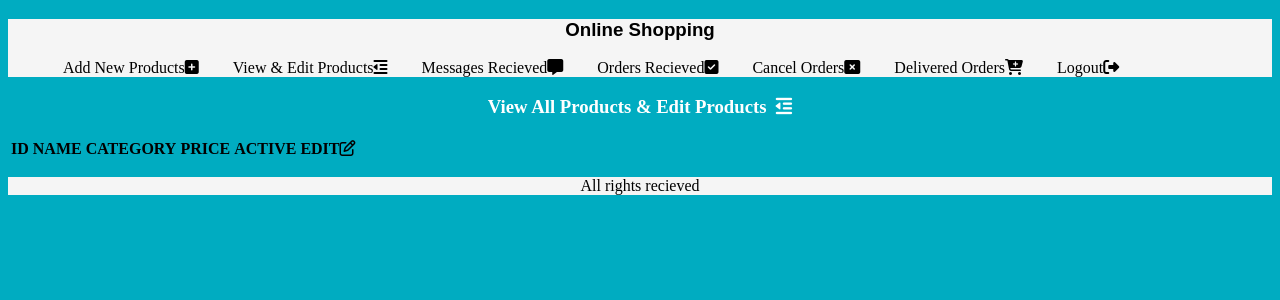
Repository: NidhiDaniel/E-Cart
Page: http://localhost/Online-Shopping-Cart/admin/product-view.jsp
The author's editor kept a copy of each file at every save. The page is drawn from the files as they stood at one save, then again after the next save.
The browser window is 1280 px wide. The pictures show the whole page.
Some web libraries are served in a nearby version. The page is served by Tomcat 9. Queries for data that is not in the repository find no rows.

Above is the page before, as saved 2024-01-06 05:20:05.

### Online-Shopping-Cart/src/main/webapp/admin/product-view.jsp
<%@page import="com.db.connection.DAOConnection"%>
<%@page import="java.sql.*"%>
<%@ page language="java" contentType="text/html; charset=ISO-8859-1"
	pageEncoding="ISO-8859-1"%>
<%@include file="adminheader.jsp"%>
<!DOCTYPE html>
<html>
<head>
<meta charset="ISO-8859-1">
<title>Insert title here</title>
<link rel="stylesheet" type="text/css" href="../css/admin-product.css">
</head>
<body>
	<div class="product-container">
	<h3 style="color: white; text-align: center;">View All Products & Edit
		Products &nbsp;<i class="fa fa-outdent"></i></h3>
	<table>
		<tr>
			<th>ID</th>
			<th>NAME</th>
			<th>CATEGORY</th>
			<th>PRICE</th>
			<th>ACTIVE</th>
			<th>EDIT<i class="fa fa-edit"></i></th>
		</tr>
		<%
	try {
		Connection con = DAOConnection.getConnection();
		Statement stmt = con.createStatement();
		ResultSet rs = stmt.executeQuery("select * from product");
		while(rs.next())
		{%>
		<tr>
			<td><% rs.getInt(1);%></td>
			<td><% rs.getString(2);%></td>
			<td><% rs.getString(3);%></td>
			<td><% rs.getDouble(4);%></td>
			<td><% rs.getString(5);%></td>
		</tr>
		<%}
	} catch (Exception e) {

	}
	%>
	</table>
</div>
</body>
<%@include file="../footer.jsp"%>
</html>

### Online-Shopping-Cart/src/main/webapp/admin/adminheader.jsp
<%@ page language="java" contentType="text/html; charset=ISO-8859-1"
	pageEncoding="ISO-8859-1"%>
<!DOCTYPE html>
<html>
<head>
<meta charset="ISO-8859-1">
<title>Insert title here</title>
<link rel="stylesheet" type="text/css" href="../css/header.css">
<link rel="stylesheet" href="https://cdnjs.cloudflare.com/ajax/libs/font-awesome/4.7.0/css/font-awesome.min.css">
<script src='https://kit.fontawesome.com/a076d05399.js' crossorigin='anonymous'></script>
</head>
<body>
	<div class="header sticky">
	   <h3>Online Shopping</h3>
		<ul>
			<li><a href="addproduct.jsp"> Add New Products<i class="fa fa-plus-square"></i></a></li>
			<li><a href="product-view.jsp"> View & Edit Products<i class="fa fa-outdent"></i></a></li>
			<li><a href="#"> Messages Recieved<i class="fa fa-comment-alt"></i></a></li>
			<li><a href="#"> Orders Recieved<i class="fa fa-check-square"></i></a></li>
			<li><a href="#"> Cancel Orders<i class="fa fa-window-close"></i></a></li>
			<li><a href="#"> Delivered Orders<i class="fa fa-cart-plus"></i></a></li>
			<li><a href="#"> Logout<i class="fa fa-sign-out"></i></a></li>
		</ul>

	</div>
</body>
</html>

### Online-Shopping-Cart/src/main/webapp/footer.jsp
<%@ page language="java" contentType="text/html; charset=ISO-8859-1"
    pageEncoding="ISO-8859-1"%>
<!DOCTYPE html>
<html>
<head>
<meta charset="ISO-8859-1">
<title>Insert title here</title>
<link rel="stylesheet" type="text/css" href="../css/footer.css">
</head>
<body>
<div class="footer">
<p>All rights recieved</p>
</div>
</body>
</html>

### Online-Shopping-Cart/src/main/java/com/db/connection/DAOConnection.java
package com.db.connection;

import java.sql.Connection;
import java.sql.DriverManager;

import com.mysql.cj.jdbc.Driver;

public class DAOConnection {


public static Connection getConnection() {
	 Connection con=null;
	   try {
		DriverManager.registerDriver(new Driver());
        con=DriverManager.getConnection("jdbc:mysql://localhost:3306/online_cart","root","admin");
	} catch (Exception e) {
		e.printStackTrace();
	}
	return con;
   }
}

### Online-Shopping-Cart/src/main/webapp/css/header.css
@charset "ISO-8859-1";
body{
	background: #00ACC1;
}
.header{
	width: auto;
	height:auto;
	background: #f5f5f5;
}
.header ul li{
	list-style: none;
	display: inline-block;

}
.header h3{
	text-align: center;
	font-family: sans-serif;
	font-weight: 900;
}
.header ul li a{
	margin: 15px;
    text-decoration: none;
    color: black;
    font-weight: 500;
}

### Online-Shopping-Cart/src/main/webapp/css/admin-product.css
@charset "ISO-8859-1";
.product-container{
	width:100%;
}
.product-form h3{
	color:#FBC02D;
	text-align:center;
}
.product-form input,select{
	width:50%;
	height: 30px;
	border-radius:4px;
}
.success-msg{
	color:#FBC02D;
	text-align:center;
	font-size: 20px;
	font-weight: 600;
}
.failure-msg{
	color:#C62828;
	font-size: 20px;
	font-weight: 600;
}
.product-view-container {
	background: #f5f5f5;
}
.product-view-container table {
	width: -webkit-fill-available;
}

### Online-Shopping-Cart/src/main/webapp/css/footer.css
@charset "ISO-8859-1";
.footer{
	background: #f5f5f5;
}
.footer p{
text-align: center;
}

After the next save:
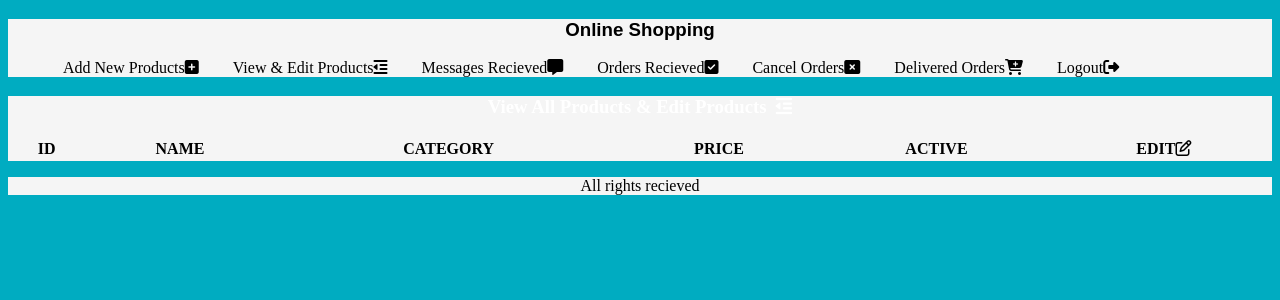
Saved 9 s later.
--- a/Online-Shopping-Cart/src/main/webapp/admin/product-view.jsp
+++ b/Online-Shopping-Cart/src/main/webapp/admin/product-view.jsp
@@ -11,7 +11,7 @@
 <link rel="stylesheet" type="text/css" href="../css/admin-product.css">
 </head>
 <body>
-	<div class="product-container">
+	<div class="product-view-container">
 	<h3 style="color: white; text-align: center;">View All Products & Edit
 		Products &nbsp;<i class="fa fa-outdent"></i></h3>
 	<table>
